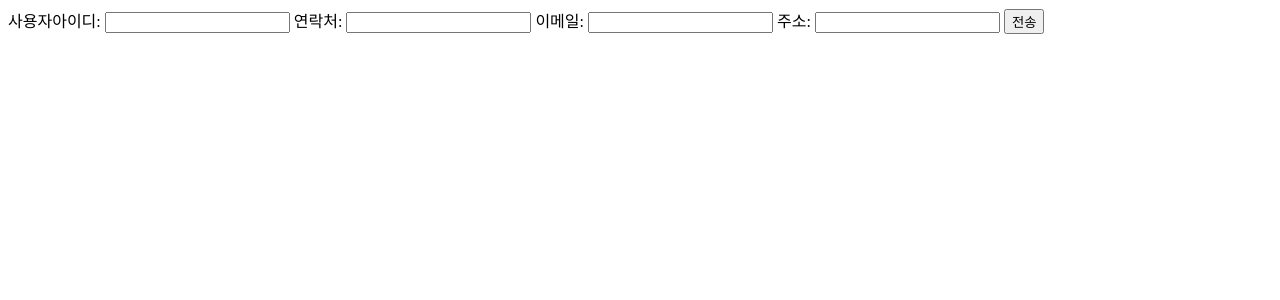
Repository: uni0415/JavaStudy_8452
Page: http://localhost/JspStudy_8452/study/request/view/user_info_input2.jsp
The author's editor kept a copy of each file at every save. The page is drawn from the files as they stood at one save, then again after the next save.
The browser window is 1280 px wide. The pictures show the whole page.
The page is served by Tomcat 9. Nobody is signed in. The application's start-up code is not run. Other server files are loaded and not shown.

Above is the page before, as saved 2022-04-06 02:37:25.

### JspStudy_8452/src/main/webapp/study/request/view/user_info_input2.jsp
<%@ page language="java" contentType="text/html; charset=UTF-8"
    pageEncoding="UTF-8"%>
<!DOCTYPE html>
<html>
<head>
<meta charset="UTF-8">
<title>Insert title here</title>
</head>
<body>
	<form action="/JspStudy/study/controller/user_info_controller.jsp" method="get">
		<label>사용자아이디: </label>
		<input type="text" name="username">
		<label>연락처: </label>
		<input type="text" name="phone">
		<label>이메일: </label>
		<input type="text" name="email">
		<label>주소: </label>
		<input type="text" name="address">
		<button type="submit" >전송</button>
	</form>
</body>
</html>

After the next save:
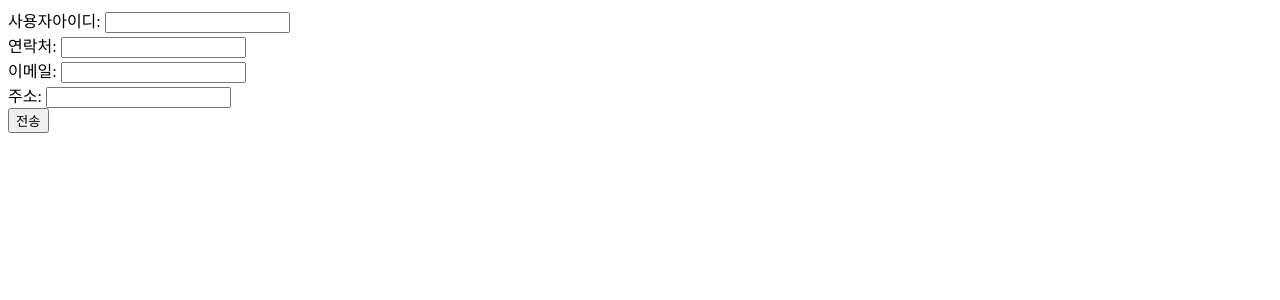
Saved 50 s later.
--- a/JspStudy_8452/src/main/webapp/study/request/view/user_info_input2.jsp
+++ b/JspStudy_8452/src/main/webapp/study/request/view/user_info_input2.jsp
@@ -1,5 +1,5 @@
 <%@ page language="java" contentType="text/html; charset=UTF-8"
-    pageEncoding="UTF-8"%>
+	pageEncoding="UTF-8"%>
 <!DOCTYPE html>
 <html>
 <head>
@@ -7,16 +7,21 @@
 <title>Insert title here</title>
 </head>
 <body>
-	<form action="/JspStudy/study/controller/user_info_controller.jsp" method="get">
-		<label>사용자아이디: </label>
-		<input type="text" name="username">
-		<label>연락처: </label>
-		<input type="text" name="phone">
-		<label>이메일: </label>
-		<input type="text" name="email">
-		<label>주소: </label>
-		<input type="text" name="address">
-		<button type="submit" >전송</button>
+	<form action="/JspStudy/study/controller/user_info_controller.jsp"
+		method="get">
+		<div>
+			<label>사용자아이디: </label> <input type="text" name="username">
+		</div>
+		<div>
+			<label>연락처: </label> <input type="text" name="phone">
+		</div>
+		<div>
+			<label>이메일: </label> <input type="text" name="email">
+		</div>
+		<div>
+			<label>주소: </label> <input type="text" name="address">
+		</div>
+		<button type="submit">전송</button>
 	</form>
 </body>
 </html>
